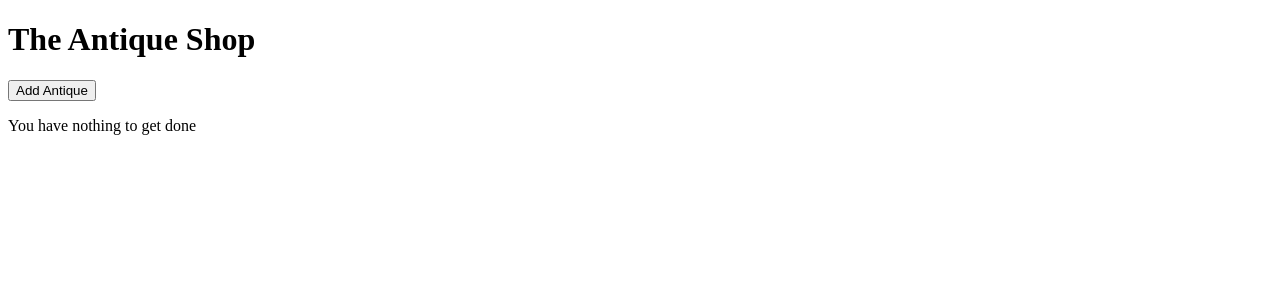
Repository: hidayatmansuri/antique-shop
Page: http://localhost/
The author's editor kept a record of every edit. The page is drawn from the files as they stood at one moment, then again after the next edit.
The browser window is 1280 px wide. The pictures show the whole page.
The page is served by the project's application, run on Django 2.2 (manage.py). Queries for data that is not in the repository find no rows.

Above is the page before.

After the next edit:
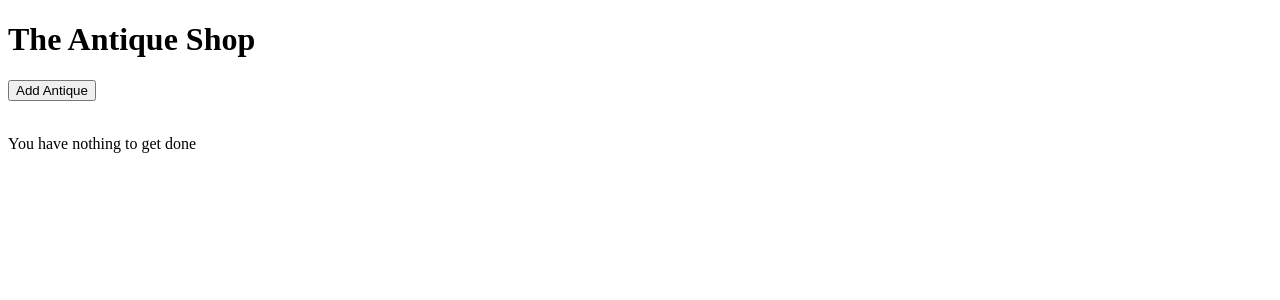
The edit:
--- a/process/templates/index.html
+++ b/process/templates/index.html
@@ -8,7 +8,7 @@
 </head>
 <body>
     <h1>The Antique Shop</h1>
-    <a href="add"><button>Add Antique</button></a><br>
+    <a href="add"><button>Add Antique</button></a><br><br>
     <table>
         {% for antique in antiques %}
             <tr>
